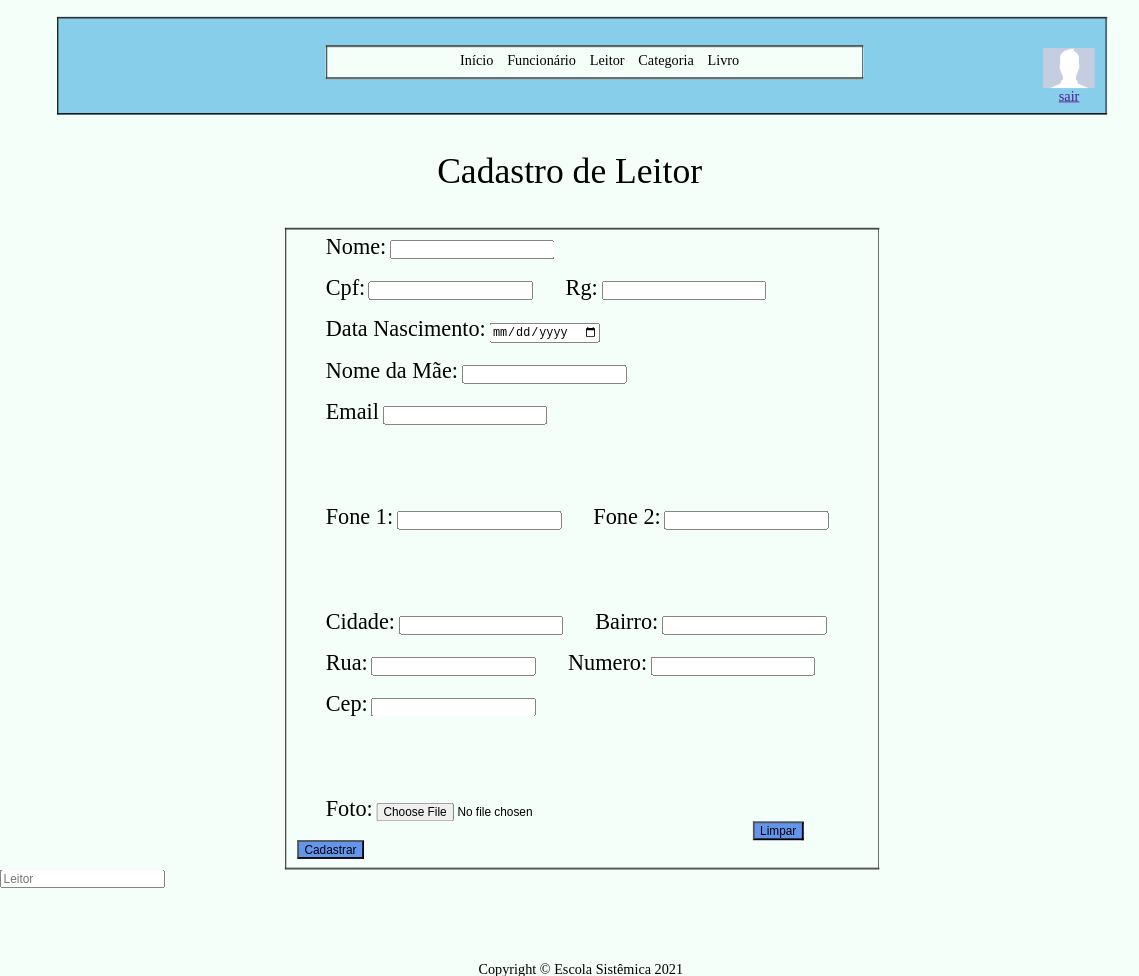
Repository: FaculdadeSenaiJoinville/PIGustavoMaertner
Page: projeto individual/WorkspaceProjetoIndividual/ProjetoIndividual/WebContent/pages/gerente/leitor/index.html
An editor plug-in stored every save of this project. The page is shown before and after the next save, followed by the edit.
The browser window is 1280 px wide. The pictures show the whole page, at 89% of full size.

Above is the page before, as saved 2021-12-10 00:34:34.

### projeto individual/WorkspaceProjetoIndividual/ProjetoIndividual/WebContent/pages/gerente/leitor/index.html
<!DOCTYPE html>
<html>
<head>
<meta charset="UTF-8">
<title>Cadastro Leitor</title>
<head>
<meta charset="UTF-8">
<title>Login</title>
<link rel="stylesheet" type="text/css" href="../../../css/gerente/gerente.css">
<script src="https://code.jquery.com/jquery-3.6.0.min.js" integrity="sha256-/xUj+3OJU5yExlq6GSYGSHk7tPXikynS7ogEvDej/m4=" crossorigin="anonymous"></script>
<script src="../../../js/gerente/gerente.js"></script>
<script src="../../../js/jquery-ui.js"></script>
<script src="../../../js/gerente/leitor.js"></script>

<link rel="stylesheet" type="text/css" href="../../../css/jquery-ui.css">
</head>
<body>

	<header>

	</header>

	<nav>

	</nav>

		<p id="titulo">Cadastro de Leitor</p>

	<section>

		<fieldset id="fieldCadastroFunc">

		<form id="frmLeitor" name="frmLeitor" method="Post" action="#" onsubmit="">

		<div id="cadastro">

			<label class="labelCadastroFunc" id="idNome" for="inputNome">Nome:</label>
			<input class="funcEsquerda" type="text" name="nomeLeitor" id="inputNome"><br><br>

			<label class="labelCadastroFunc" id="idCpf" for="inputCpf">Cpf:</label>
			<input class="funcEsquerda" type="text" name="cpf" id="inputCpf" onkeypress="return event.charCode >= 48 && event.charCode <= 57">

			<label class="labelCadastroFunc" id="idRg" for="inputRg">Rg:</label>
			<input class="funcEsquerda" type="text" name="rg" id="inputRg" onkeypress="return event.charCode >= 48 && event.charCode <= 57"><br><br>

			<label class="labelCadastroFunc" id="idData" for="inputDate">Data Nascimento:</label>
			<input class="funcEsquerda" type="date" name="date" id="inputDate"><br><br>

			<label class="labelCadastroFunc" id="idNomeMae" for="nomeMae">Nome da Mãe:</label>
			<input class="funcEsquerda" type="text" name="nomeMae" id="nomeMae"><br><br>

			<label class="labelCadastroFunc" id="idEmail" for="nomeMae">Email</label>
			<input class="funcEsquerda" type="text" name="email" id="email"><br><br><br><br><br><br>



			<label class="labelCadastroFunc" id="idTelefone" for="inputTelefone">Fone 1:</label>
			<input class="funcEsquerda" type="text" name="telefone" id="inputTelefone" onkeypress="return event.charCode >= 48 && event.charCode <= 57">

			<label class="labelCadastroFunc" id="idTelefoneSecundario" for="inputTelefoneSec">Fone 2:</label>
			<input class="funcEsquerda" type="text" name="telefoneSec" id="inputTelefoneSec" onkeypress="return event.charCode >= 48 && event.charCode <= 57"><br><br><br><br><br><br>

			<label class="labelCadastroFunc" id="idCidade" for="inputCidade">Cidade:</label>
			<input class="funcDireita" type="text" name="cidade" id="inputCidade">

			<label class="labelCadastroFunc" id="idBairro" for="inputBairro">Bairro:</label>
			<input class="funcDireita" type="text" name="bairro" id="inputBairro"><br><br>

			<label class="labelCadastroFunc" id="idRua" for="inputRua">Rua:</label>
			<input class="funcDireita" type="text" name="rua" id="inputRua">

			<label class="labelCadastroFunc" id="idNumero" for="inputNumero">Numero:</label>
			<input class="funcDireita" type="text" name="numero" id="inputNumero" onkeypress="return event.charCode >= 48 && event.charCode <= 57"><br><br>


			<label class="labelCadastroFunc" id="idCep" for="inputCep">Cep:</label>
			<input class="funcDireita" type="text" name="cep" id="inputCep" onkeypress="return event.charCode >= 48 && event.charCode <= 57"><br><br><br><br><br><br>

			<label class="labelCadastroFunc" id="idFoto" for="inputFoto">Foto:</label>
<!-- 			<canvas class="centralizado" id="canvas">your browser is nope!</canvas>-->
			<input type="file" id="files" name="files">

		</div>
			<button class="btnCadastro" id="btnResetCadastro" type="reset">Limpar</button>
			<button class="btnCadastro" id="btnSubmitCadastro" type="button" onclick="BIBLIOTECA.leitor.cadastrar()">Cadastrar</button>
		</form>

		</fieldset>

		<form id="buscaLeitor" name="buscaLeitor" method="Post" action="#" onsubmit="">
			<input class="input" type="text" name="buscaLivro" id="inputBuscaLeit" placeholder="Leitor" onkeyup="BIBLIOTECA.leitor.buscar()"><br><br>
		</form>


		<div id="listaLeitor" class="listaRegistros"></div>

		<div id="modalAviso" class="modalAviso"></div>

		<div id="modalPergunta" class="modalPergunta"></div>

		<div id="modalEditaLeitor" class="modalEditar">
			<form name="frmEditaLeitor" id="editaLeitor" class="frmEditar">
				<table>
					<tr>
					<th>Nome</th>
						<td>
							<input type="text" name="nomeEdicao">
						</td>
					</tr>
					<tr>
					<th>CPF</th>
						<td>
							<input type="text" name="cpfFunc" onkeypress="return event.charCode >= 48 && event.charCode <= 57">
						</td>
					</tr>
					<tr>
					<th>RG</th>
						<td>
							<input type="text" name="rgFunc" onkeypress="return event.charCode >= 48 && event.charCode <= 57">
						</td>
					</tr>
					<tr>
					<th>Data de Nascimento</th>
						<td>
							<input type="date" name="nascFunc">
						</td>
					</tr>
										<tr>
					<th>Nome da Mãe</th>
						<td>
							<input type="text" name="maeFunc">
						</td>
					</tr>

					<tr>
					<th>Fone 1:</th>
						<td>
							<input type=text name="fone1Func" onkeypress="return event.charCode >= 48 && event.charCode <= 57">
						</td>
					</tr>
					<tr>
					<th>Fone 2</th>
						<td>
							<input type=text name="fone2Func" onkeypress="return event.charCode >= 48 && event.charCode <= 57">
						</td>
					</tr>
										<tr>
					<th>Email</th>
						<td>
							<input type=text name="email" onkeypress="return event.charCode >= 48 && event.charCode <= 57">
						</td>
					</tr>

										<tr>
					<th>Cidade</th>
						<td>
							<input type=text name="cidadeFunc">
						</td>
					</tr>
															<tr>
					<th>Bairro</th>
						<td>
							<input type=text name="bairroFunc">
						</td>
					</tr>

										<tr>
					<th>Rua</th>
						<td>
							<input type=text name="ruaFunc" onkeypress="return event.charCode >= 48 && event.charCode <= 57">
						</td>
					</tr>
															<tr>
					<th>Numero</th>
						<td>
							<input type=text name="NumeroFunc" onkeypress="return event.charCode >= 48 && event.charCode <= 57">
						</td>
					</tr>


															<tr>
					<th>CEP</th>
						<td>
							<input type=text name="cepFunc" onkeypress="return event.charCode >= 48 && event.charCode <= 57">
					<input type="hidden" name="idEndereco" id="idEndereco">
						</td>
					</tr>

															<tr>
					<th>Foto</th>
						<td>
							<input type="file" id="files" name="files">
						</td>
					</tr>


				</table>
				<input type="hidden" name="idFunc">
			</form>
		</div>

	</section>
	<div id="modalAviso"></div>
		<div id="rodape">
			<footer id="footerRodape"></footer>
		</div>

</body>
</html>

### projeto individual/WorkspaceProjetoIndividual/ProjetoIndividual/WebContent/css/gerente/gerente.css
@charset "UTF-8";

body{
	margin: 0 auto;
	font-family: "Century Gothic", "sans-serif";
	background-color: #F5FFFA;
	height:100%;
}
#fieldsetInit{
	width: 90%;
	margin-left: 5%;
	margin-top:1.5%;
	text-align:center;
	height:25%;
	border-color:black;
	background-color: #87CEEB;
}
#fieldsetSec{
	width: 50%;
	margin-left:25%;
	margin-top:2.1%;
	height: 80%;
	border-color:black;
	background-color: #F5FFFA;
}
#btnSair{
	margin-left:95%;
}
#imgUsu{
	margin-top:-3%;
	margin-left:95%;
	max-width: 5%;
	height: 5%;
	float: right;
}
#titulo{
	text-align:center;
	font-size: 40px;
}

#fieldCadastro{
	width: 70%;
	margin-left: 15%;
	border-color: black;
}
#fieldCadastroFunc{
	width: 50%;
	margin-left: 25%;
	border-color: black;
}
.labelCadastro{
	font-size:25px;
	margin-left:30%;
	margin-top: 100%;
	align: center;
}
.labelCadastroCategoria{
	font-size:25px;
	margin-left:20%;
	margin-top: 100%;
	align: center;
}
.labelCadastroFunc{
	font-size:25px;
	margin-left:5%;
	margin-top: 100%;
	align: center;
}

#selCategoria{

}
#inputNomeCat{
	width: 17%;
}
.inputEsquerda{
	width:40%;
}
#inputBuscaFunc{
	text-align:center;
	margin-left:43%;
	margin-top:5%;
}
#inputBuscaLeitor{
	text-align:center;
	margin-left:43%;
	margin-top:5%;
}
#tabela{
	margin-left:29.67%;
}
#rodape{
	margin-top: 5%;
	width:100%;
	height:3%;
	background-color: #87CEEB;

    bottom: 0;
    position: flex;
    text-align: center;

}
#footerRodape{
	margin-left: 42%;
    position:absolute;

}
.menuGerente{
	text-decoration: none;
	color: black;
	margin-left:2%;
}
.menuGerente:hover{
	color:gray;
}
#inputBuscaFunc{
	border-radius:4px;
	height: 5%;
	background: #fff url(https://cdn1.iconfinder.com/data/icons/bijou/10/Search.png) no-repeat 5% center;
}
#btnResetCadastro{
	margin-left:80%;
}
#btnResetCadastro:hover{
	transform: scale(1.05);
    transition: all 0.1s;
}
.btnCadastro{
	background-color: #6495ED;
	border-color: black;
}
#btnSubmitCadastro:hover{
	transform: scale(1.05);
    transition: all 0.1s;
}

.btnTabela{
	max-height: 12%;
	max-width: 10%;
	padding-left: 15%;
	margin-left:9%;
}


/*Tabela*/

.listaRegistros table{
	border: 1px solid #000;
	border-collapse: collapse;
	margin: 0 auto;
	min-width: 50%;
}

.listaRegistros table th{
	text-align: center;
	font-size: 18px;
	font-weight: bold;
	color: #fff;
	padding: 0 5px;
	border: transparent;
}

.listaRegistros tr, .listaRegistros td, .listaRegistros th{
	border: 1px solid #B0C4DE;
	padding: 0px 5px;
}

.listaRegistros tr, .listaRegistros td{
	font-size: 16px;
	text-align: center;
}

.listaRegistros	tr:nth-child(even){
	background-color: #b1ccf5;
}

.listaRegistros tr:nth-child(odd){
	background-color: #83afd3;
}

.listaRegistros .acoes{
	width: 70px;
}

.listaRegistros table img{
	padding: 0 5px;
	width: 20px;
	height: 20px;
	cursor: pointer;
}
.modalAviso, .modalEditar, .modalPergunta{
	display: none;
}
/* .funcEsquerda{
	float: left;
}
.funcDireita{
	float: right;
} */

### projeto individual/WorkspaceProjetoIndividual/ProjetoIndividual/WebContent/js/gerente/gerente.js

BIBLIOTECA = new Object ();

$(document).ready(function(){
	//Vai carregar o menu e o rodapé

	$("nav").load("/ProjetoIndividual/pages/gerente/geralCadastro/menu.html");
	$("footer").load("/ProjetoIndividual/pages/gerente/geralCadastro/footer.html");

	BIBLIOTECA.exibirAviso = function(aviso){
		var modal = {
			title: "Aviso",
			height: 250,
			width: 400,
			modal: true,
			buttons: {
				"OK": function(){
					$(this).dialog("close");
				}
			}
		};
		$("#modalAviso").html(aviso);
		$("#modalAviso").dialog(modal);
	};

	BIBLIOTECA.exibirPergunta = function(pergunta, id, local){
		var modalPergunta = {
				title: "Confirma a Ação?",
				height: 250,
				width: 400,
				modal: true,
				buttons: {
					"Confirmar": function(){
						BIBLIOTECA.local.excluir(id);
						$(this).dialog("close");
					},

					"Cancelar": function(){
						$(this).dialog("close");

					}
				},
				close: function(){
					return false;
				}
		};

		$("#modalPergunta").html(pergunta);
		return $("#modalPergunta").dialog(modalPergunta);
	};


});

### projeto individual/WorkspaceProjetoIndividual/ProjetoIndividual/WebContent/pages/gerente/geralCadastro/menu.html
		<fieldset id="fieldsetInit">

			<fieldset id="fieldsetSec">

				<div id="menu">
					<a class="menuGerente" href="">Início</a>
					<a class="menuGerente" href="">Funcionário</a>
					<a class="menuGerente" href="">Leitor</a>
					<a class="menuGerente" href="">Categoria</a>
					<a class="menuGerente" href="">Livro</a>
				</div>


			</fieldset>

			<img id="imgUsu" src="../../../imgs/fotoPerfil.jpg">
			<a id="btnSair" href="">sair</a>

		</fieldset>

### projeto individual/WorkspaceProjetoIndividual/ProjetoIndividual/WebContent/pages/gerente/geralCadastro/footer.html
				Copyright &copy; Escola Sistêmica 2021

Loaded but not shown: projeto individual/WorkspaceProjetoIndividual/ProjetoIndividual/WebContent/js/jquery-ui.js (library); projeto individual/WorkspaceProjetoIndividual/ProjetoIndividual/WebContent/css/jquery-ui.css (library); projeto individual/WorkspaceProjetoIndividual/ProjetoIndividual/WebContent/js/gerente/leitor.js (no copy from this time; the picture is the same without it)

After the next save:
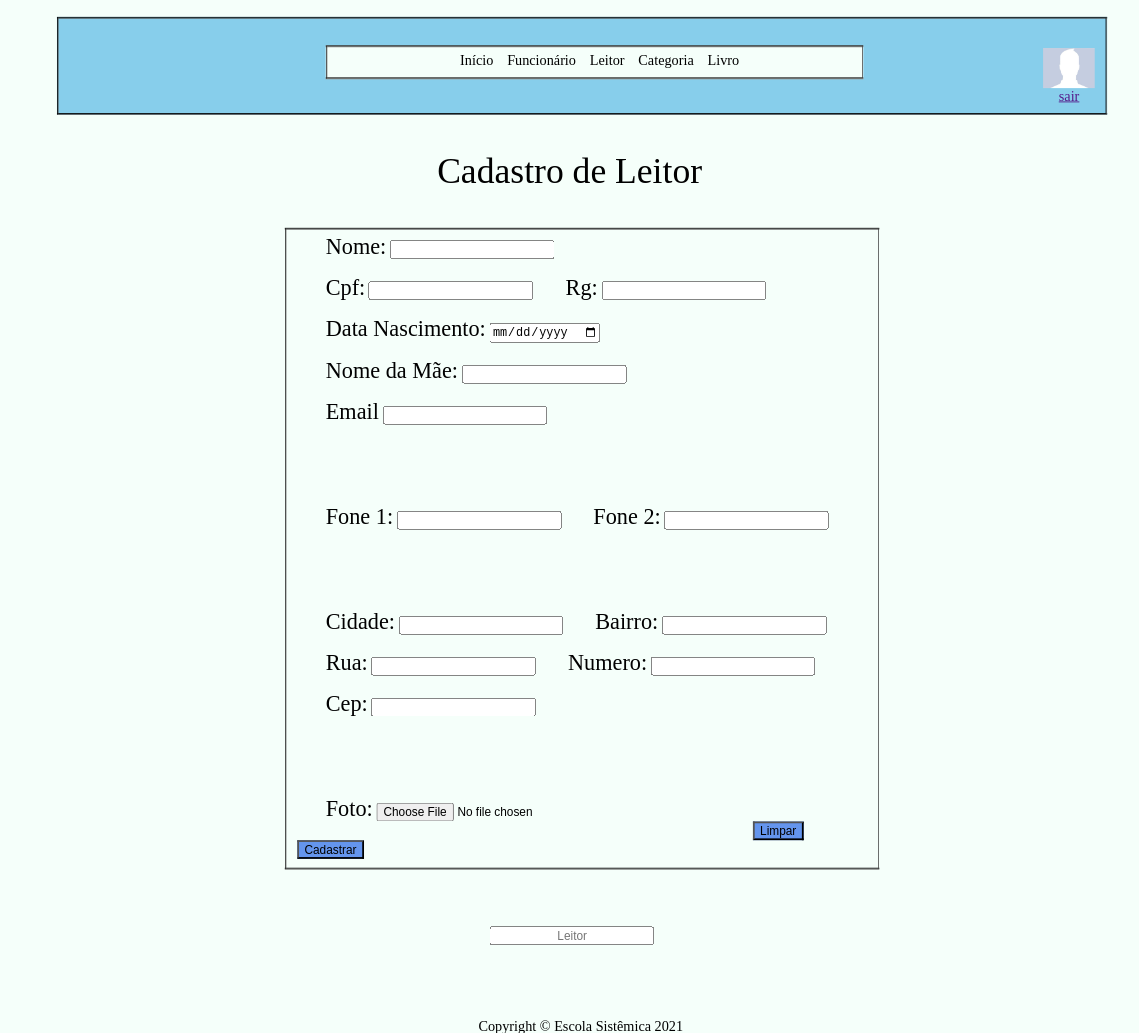
Saved 20 s later.
--- a/projeto individual/WorkspaceProjetoIndividual/ProjetoIndividual/WebContent/css/gerente/gerente.css
+++ b/projeto individual/WorkspaceProjetoIndividual/ProjetoIndividual/WebContent/css/gerente/gerente.css
@@ -81,7 +81,7 @@ body{
 	margin-left:43%;
 	margin-top:5%;
 }
-#inputBuscaLeitor{
+#inputBuscaLeit{
 	text-align:center;
 	margin-left:43%;
 	margin-top:5%;
